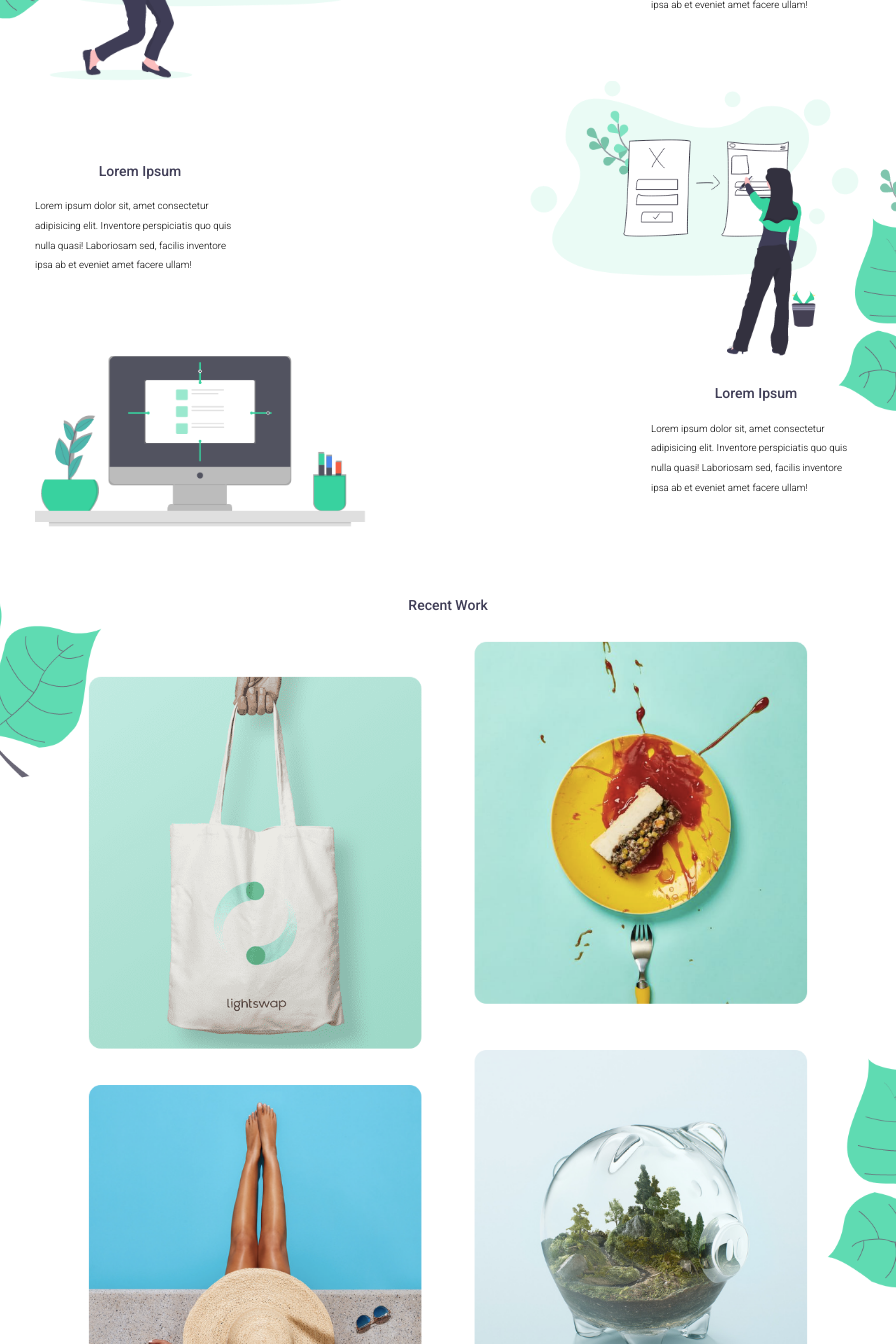
Repository: kebinh1235/porfolio-demo
Page: index.html
An editor plug-in stored every save of this project. The page is shown before and after the next save, followed by the edit.
The browser window is 1280 px wide. The pictures show the part of the page from y = 1130 to 3050 px (the page is 3970 px tall), at 70% of full size.
Some web libraries are served in a nearby version.

Above is the page before, as saved 2021-10-21 13:41:41.

### index.html
<!DOCTYPE html>
<html lang="en">
<head>
  <meta charset="UTF-8">
  <meta http-equiv="X-UA-Compatible" content="IE=edge">
  <meta name="viewport" content="width=device-width, initial-scale=1.0">
  <title>Portfolio - 21/10/2021</title>
  <!--CSS-->
  <link rel="stylesheet" href="./css/style.css">
  <link href="https://unpkg.com/aos@2.3.1/dist/aos.css" rel="stylesheet">
</head>
<body>
  <div id="overlay"></div>
  <!-- header -->
  <header>
    <div class="container">
      <nav class="navbar">
        <!-- logo -->
        <div class="navbar__logo">
          <img src="./img/logo.svg" alt="Website logo">
        </div>
        <!-- links -->
        <ul class="navbar__list">
          <li class="navbar__item"><a href="#works" class="navbar__link">Home</a></li>
          <li class="navbar__item"><a href="#things" class="navbar__link">About</a></li>
          <li class="navbar__item"><a href="#works" class="navbar__link">Resume</a></li>
          <!-- <li class="navbar__item"><a href="#" class="navbar__link btn navbar__mobile-active">Contact Us</a></li> -->
          <a href="#footer"><button class="btn navbar__btn">Contact Us</button></a>
        </ul>
        <!-- menu mobile -->
        <div class="navbar__icons">
          <div class="navbar__icon"></div>
        </div>
      </nav>
    </div>
  </header>
  <!-- banner -->
  <section id="banner">
    <div class="container">
      <!-- img -->
      <div class="banner__img">
        <img src="./img/banner-img.png" alt="Of Women">
      </div>
      <!-- heading -->
      <div class="banner__heading">
        <h1>Hello I'm Lisa</h1>
        <p>Lorem ipsum dolor sit amet consectetur adipisicing elit. Sint totam possimus odio voluptates vitae quo repudiandae dolorum quibusdam eveniet eos!</p>
        <a href="#"><button class="btn banner__btn">View More</button></a>
        <div class="banner__social">
          <a href="#"><i class="fab fa-dribbble"></i></a>
          <a href="#"><i class="fab fa-behance"></i></a>
          <a href="#"><i class="fab fa-linkedin-in"></i></a>
        </div>
      </div>
    </div>
  </section>
  <!-- thing to do -->
  <section id="things">
    <div class="container">
      <!-- decoration -->
      <div class="things__dec">
        <img src="./img/things-dec-l.png" alt="">
      </div>
      <div class="things__dec">
        <img src="./img/things-dec-r.png" alt="">
      </div>
      <span>Things To Do</span>
      <!-- item 1 -->
      <div data-aos="fade-right" data-aos-easing="ease-in" data-aos-duration="600" class="things__item">
        <!-- img -->
        <img src="./img/things-item-1.png" alt="Of Women">
        <!-- heading -->
        <div class="things__item-heading">
          <span>Lorem Ipsum</span>
          <p>Lorem ipsum dolor sit, amet consectetur adipisicing elit. Inventore perspiciatis quo quis nulla quasi! Laboriosam sed, facilis inventore ipsa ab et eveniet amet facere ullam!</p>
        </div>
      </div>
      <!-- item 2 -->
      <div data-aos="fade-left" data-aos-easing="ease-in" data-aos-duration="700" class="things__item">
        <!-- img -->
        <img src="./img/things-item-2.png" alt="Of Women">
        <!-- heading -->
        <div class="things__item-heading">
          <span>Lorem Ipsum</span>
          <p>Lorem ipsum dolor sit, amet consectetur adipisicing elit. Inventore perspiciatis quo quis nulla quasi! Laboriosam sed, facilis inventore ipsa ab et eveniet amet facere ullam!</p>
        </div>
      </div>
      <!-- item 3 -->
      <div data-aos="fade-right" data-aos-easing="ease-in" data-aos-duration="800" class="things__item">
        <!-- img -->
        <img src="./img/things-item-3.png" alt="Of Women">
        <!-- heading -->
        <div class="things__item-heading">
          <span>Lorem Ipsum</span>
          <p>Lorem ipsum dolor sit, amet consectetur adipisicing elit. Inventore perspiciatis quo quis nulla quasi! Laboriosam sed, facilis inventore ipsa ab et eveniet amet facere ullam!</p>
        </div>
      </div>

    </div>
  </section>
  <!-- works -->
  <section id="works">
    <div class="container">
      <!-- decoration -->
      <div class="works__dec">
        <img src="./img/work-dec.png" alt="">
      </div>
      <div class="works__dec">
        <img src="./img/work-dec.png" alt="">
      </div>
      <span>Recent Work</span>
      <div class="works__img">
        <div class="works__img--single">
          <img src="./img/work-1.png" alt="">
        </div>
        <div class="works__img--single">
          <img src="./img/work-2.png" alt="">
        </div>
        <div class="works__img--single">
          <img src="./img/work-3.png" alt="">
        </div>
        <div class="works__img--single">
          <img src="./img/work-4.png" alt="">
        </div>
      </div>
      <div class="works__btn">
        <a href="#">
          <button class="btn">View Works</button>
        </a>
      </div>
    </div>
  </section>
  <!-- footer -->
  <footer id="footer">
    <div class="container">
      <!-- dec -->
      <div class="footer__dec">
        <img src="./img/things-dec-l.png" alt="">
      </div>
      <div class="footer__img">
        <img src="./img/footer-img.png" alt="">
      </div>
      <div class="footer__heading">
        <span>Ready to make some amazing?</span>
        <!-- contact -->
        <div class="footer__contacts">
          <a href="tel:0909968292">
            <i class="fas fa-phone-alt"></i>
            <p>0909.96.82.92</p>
          </a>
          <a href="mailto:kebinh1235@gmail.com">
            <i class="fas fa-envelope"></i>
            <p>kebinh1235@gmail.com</p>
          </a>
        </div>
        <div class="banner__social">
          <a href="#"><i class="fab fa-dribbble"></i></a>
          <a href="#"><i class="fab fa-behance"></i></a>
          <a href="#"><i class="fab fa-linkedin-in"></i></a>
        </div>
      </div>
    </div>
  </footer>
  <!--Font awesome-->
  <script src="https://kit.fontawesome.com/5d1e581bbe.js" crossorigin="anonymous"></script>
  <!--JS-->
  <script src="./js/main.js"></script>
  <script src="https://unpkg.com/aos@2.3.1/dist/aos.js"></script>
  <script>
    AOS.init();
  </script>
</body>
</html>

### css/style.css
@import url('https://fonts.googleapis.com/css2?family=Roboto:wght@300;500&display=swap');
:root {
  --green: #54B192;
  --green-l: #A4CEC0;
  --gray: #3F3D56;
  --white: #fff;
  --smooth: all .3s linear;
}
* {
  margin: 0;
  padding: 0;
  box-sizing: border-box;
  list-style-type: none;
  text-decoration: none;
}
html {
  scroll-behavior: smooth;
  font-size: 62.5%;
}
body {
  font-family: "Roboto", sans-serif;
}
img {
  max-width: 100%;
  width: 100%;
}
#overlay {
  position: fixed;
  inset: 0;
  background: rgb(0,0,0,0.4);
  z-index: 4;
  display: none;
}
#overlay.show {
  display: initial;
}
.container {
  max-width: 1200px;
  width: 100%;
  margin: 0 auto;
  padding: 0 10px;
}
.btn {
  text-align: center;
  background: var(--gray);
  color: var(--white);
  padding: .8rem 2.5rem;
  border: none;
  border-radius: 100px;
  cursor: pointer;
  transition: var(--smooth);
}
.btn:hover {
  background: var(--green-l);
  transition: var(--smooth);
}
/*header*/
header {
  position: absolute;
  width: 100%;
}
.navbar {
  display: flex;
  justify-content: space-between;
  align-items: center;
  padding: 20px 0;
}
.navbar__logo {
  width: 57px;
  height: 57px;
  object-fit: cover;
}
.navbar__logo img {
  width: 100%;
}
.navbar__list{
  position: fixed;
  top: 0;
  left: 0;
  bottom: 0;
  background: var(--gray);
  width: 60%;
  max-width: 100%;
  transform: translateX(-100%);
  opacity: 0;
  transition: var(--smooth);
  z-index: 10;
}
.navbar__list.navbar__open {
  transform: translateX(0);
  opacity: 1;
}
.navbar__link{
  padding: 20px;
  font-size: 1.4rem;
  display: block;
  color: var(--white);
}
.navbar__link:hover {
  color: var(--green);
  transition: var(--smooth);
}
.navbar__btn{
  font-size: 1.4rem;
  margin: 20px;
  background: var(--green);
}
/*Menu icon*/
.navbar__icons{
  display: flex;
  justify-content: center;
  align-items: center;
  width: 50px;
  height: 50px;
  cursor: pointer;
  transition: var(--smooth);
  z-index: 10;
}
.navbar__icon{
  width: 40px;
  height: 6px;
  border-radius: 5px;
  background: var(--gray);
  position: relative;
  transition: var(--smooth);
}
.navbar__icon:before,
.navbar__icon:after {
  content: '';
  position: absolute;
  width: 40px;
  height: 6px;
  border-radius: 5px;
  background: var(--gray);
  transition: var(--smooth);
}
.navbar__icon:before {
  transform: translateY(-12px)
}
.navbar__icon:after {
  transform: translateY(12px)
}
/* menu icon animation */
.open .navbar__icon {
  transform: translateX(-50px);
  background: transparent;
}
.open .navbar__icon:before {
  transform: rotate(45deg) translate(35px, -35px);
}
.open .navbar__icon:after {
  transform: rotate(-45deg) translate(35px, 35px);
}
@media screen and (min-width: 992px) {
  .navbar__list {
    display: flex;
    justify-content: flex-end;
    align-items: center;
    transform: translateX(0);
    position: initial;
    opacity: 1;
    background: transparent;
  }
  .navbar__link {
    color: var(--gray);
  }
  .navbar__btn {
    background: var(--gray);
  }
  .navbar__icons {
    display: none;
  }
}

/* banner */
#banner {
  position: relative;
  height: 100vh;
  display: flex;
  align-items: center;
}
.banner__img {
  position: absolute;
  top: 0;
  right: 0;
  z-index: -1;
}
.banner__heading {
  max-width: 300px;
  margin: 0 auto;
  text-align: center;
}
.banner__heading h1 {
  font-size: 2rem;
  padding-top: 4em;
  margin-bottom: .8em;
}
.banner__heading p {
  font-weight: 300;
  line-height: 2em;
  margin-bottom: 1.5em;
  font-size: 1.5rem;
}
.banner__social {
  display: flex;
  align-items: center;
  justify-content: space-evenly;
  margin-top: 3em;
  font-size: 1.5rem;
}
.banner__social a {
  color: var(--gray);
  transition: var(--smooth);
}
.banner__social a:hover {
  color: var(--green-l);
}

@media (min-width: 992px) {
    .banner__img {
      width: 60%;
    }
    .banner__heading {
      text-align: initial;
      margin: 0;
      padding-top: 0;
    }
    .banner__social {
      justify-content: flex-start;
    }
    .banner__social a {
      margin-right: 45px;
    }
}

/* thing to do */
#things {
  position: relative;
  overflow-x: hidden;
}
#things span {
  font-size: 2rem;
  color: var(--gray);
  text-align: center;
  display: block;
}
.things__dec {
  position: absolute;
  top: 0;
  left: 0;
  transform: translateX(-60%);
  z-index: -1;
}
.things__dec:nth-child(2) {
  position: absolute;
  top: initial;
  left: initial;
  bottom: 10%;
  right: 0;
  transform: translateX(60%);
  z-index: -1;
}
.things__item span {
  display: block;
  text-align: center;
  color: var(--gray);
  margin-bottom: .5em;
  font-size: 2rem;
}
.things__item {
  margin: 3em 0;
}
.things__item img {
  padding-bottom: 4em;
}
.things__item--heading {
  text-align: center;
  color: var(--gray);
}
.things__item-heading p {
  max-width: 300px;
  font-weight: 300;
  line-height: 2em;
  margin: 0 auto;
  padding-top: 1em;
  font-size: 1.4rem;
}

@media (min-width: 992px) {
  #things {
    margin-top: 15em;
  }
  .things__item {
    display: flex;
    justify-content: space-between;
    align-items: center;
    margin: 0;
  }
  .things__item img {
    width: 40%;
    padding: 0;
  }
  .things__item--heading {
    width: 45%;
    text-align: initial;
  }
  .things__item span {
    text-align: initial;
  }
  .things__item--heading p {
    max-width: 500px;
    margin: 0;
  }
  .things__item:nth-child(odd) img {
    order: 2;
    width: 40%;
    padding-bottom: 0;
  }
  .things__item--heading:nth-child(odd) {
    order: 1;
    width: 45%;
    text-align: initial;
  }
}

/* works */
#works {
  position: relative;
  overflow-x: hidden;
  padding-top: 10em;
}
.works__dec {
  position: absolute;
  top: 0;
  left: 0;
  transform: translateX(-60%);
  z-index: -1;
}
.works__dec:nth-child(2) {
  position: absolute;
  top: initial;
  left: initial;
  bottom: 15%;
  right: 0;
  transform: translateX(60%);
  z-index: -1;
}
#works span {
  font-size: 2rem;
  text-align: center;
  display: block;
  color: var(--gray);
}
.works__img--single {
  margin: 2em 0;
}
.works__img--single:nth-child(odd) {
  padding-top: 5em;
}
.works__img--single:nth-child(3) {
  margin-top: -5em;
}
.works__btn {
  text-align: center;
  margin-top: 2em;
}

@media (min-width: 992px) {
  .works__img {
    display: flex;
    justify-content: space-evenly;
    flex-wrap: wrap;
    }
    .works__img--single {
      margin: 0;
    }
    .works__img--single:nth-child(3) {
      margin-top: 0;
    }
    #works span {
      margin-bottom: 2em;
    }
}

/* footer */
#footer {
  position: relative;
  overflow-x: hidden;
  height: 100vh;
  width: 100vw;
  display: flex;
  align-items: center;
}
.footer__dec {
  position: absolute;
  bottom: 0;
  left: 0;
  transform: translateX(-45%);
  z-index: -1;
}
.footer__img{
  position: absolute;
  top: 0;
  right: 0;
  transform: translateX(25%);
  z-index: -1;
}
.footer__heading{
  text-align: center;
  color: var(--gray);
  max-width: 400px;
  margin: 0 auto;
}
.footer__heading span {
  font-size: 2rem;
}
.footer__contacts{
  margin-top: 2em;
  display: flex;
  justify-content: space-evenly;
}
.footer__contacts a {
  color: var(--gray);
  font-size: 1.3rem;
}
@media (min-width: 992px) {
  .footer__img {
    top: -15%;
    right: 0;
    transform: translateX(32%);
    width: 60%;
  }
  .footer__heading {
    text-align: initial;
    margin: 0;
  }
  .footer__contacts {
    display: flex;
    justify-content: space-between;
    align-items: center;
  }
  .footer__contacts a {
    font-size: 1.6rem;
  }
}

### js/main.js
const menu = document.querySelector('.navbar__list');
const menuIcon = document.querySelector('.navbar__icons')
const overlay = document.querySelector("#overlay")

menuIcon.addEventListener('click', () =>{
  menu.classList.toggle('navbar__open');
  menuIcon.classList.toggle('open');
  overlay.classList.toggle('show');
})
overlay.addEventListener('click', () =>{
  menu.classList.toggle('navbar__open');
  menuIcon.classList.toggle('open');
  overlay.classList.toggle('show');
})

After the next save:
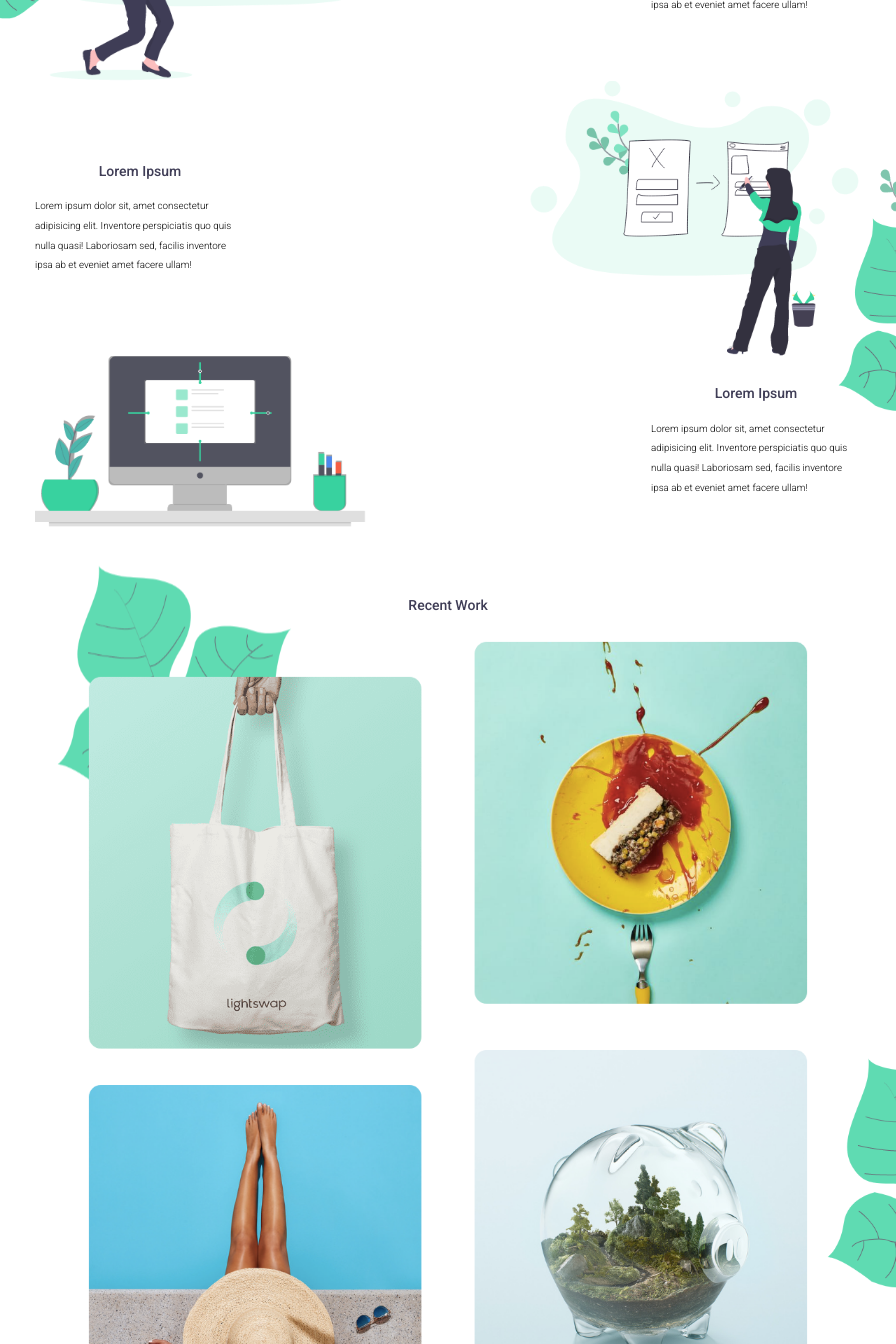
Saved 92 s later.
--- a/index.html
+++ b/index.html
@@ -102,7 +102,7 @@
   <section id="works">
     <div class="container">
       <!-- decoration -->
-      <div class="works__dec">
+      <div data-aos="zoom-in-right" data-aos-duration="500" class="works__dec">
         <img src="./img/work-dec.png" alt="">
       </div>
       <div class="works__dec">

After the save that followed:
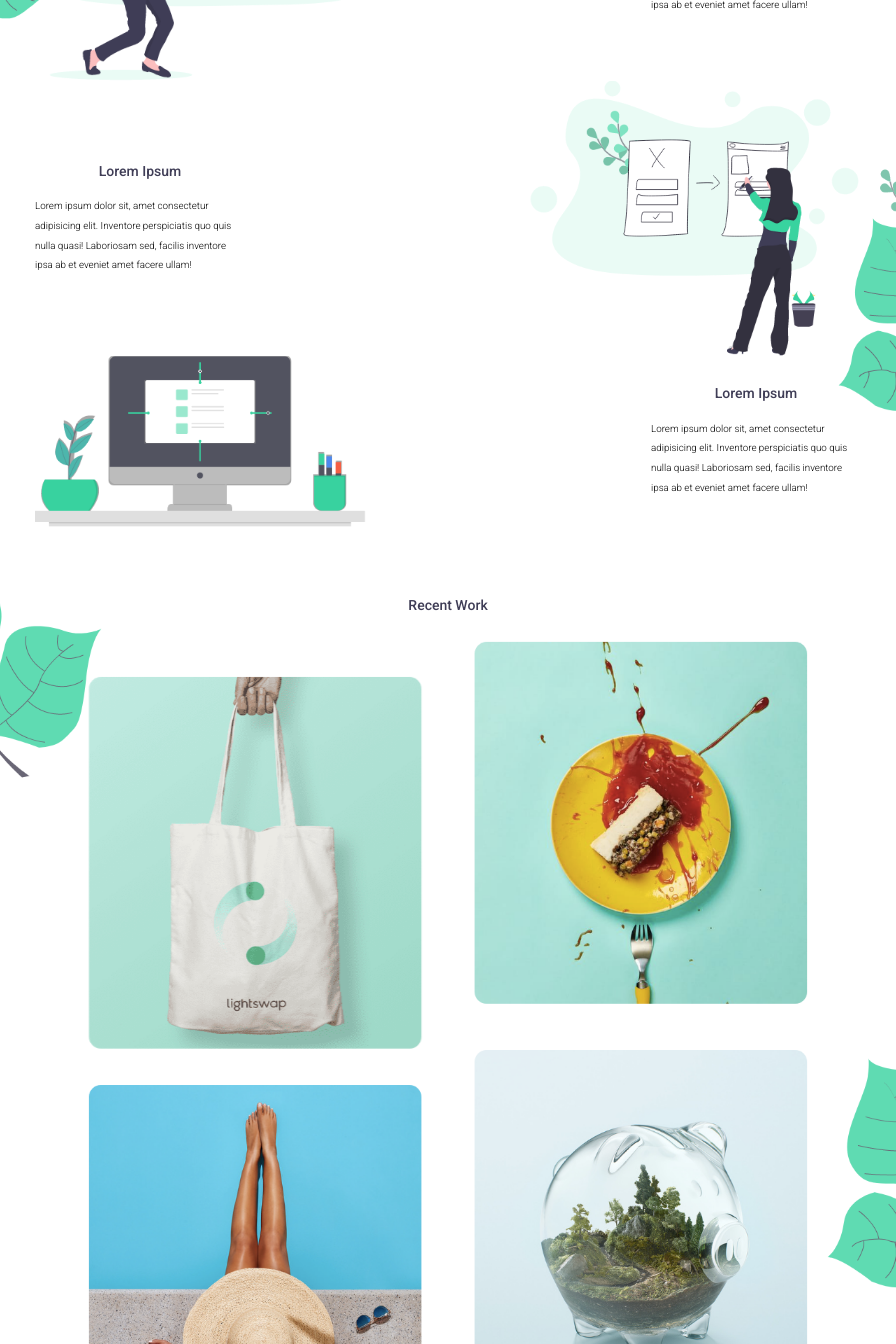
Saved 16 s later.
--- a/index.html
+++ b/index.html
@@ -102,7 +102,7 @@
   <section id="works">
     <div class="container">
       <!-- decoration -->
-      <div data-aos="zoom-in-right" data-aos-duration="500" class="works__dec">
+      <div class="works__dec">
         <img src="./img/work-dec.png" alt="">
       </div>
       <div class="works__dec">
@@ -110,7 +110,7 @@
       </div>
       <span>Recent Work</span>
       <div class="works__img">
-        <div class="works__img--single">
+        <div data-aos="zoom-in-right" data-aos-duration="500" class="works__img--single">
           <img src="./img/work-1.png" alt="">
         </div>
         <div class="works__img--single">
